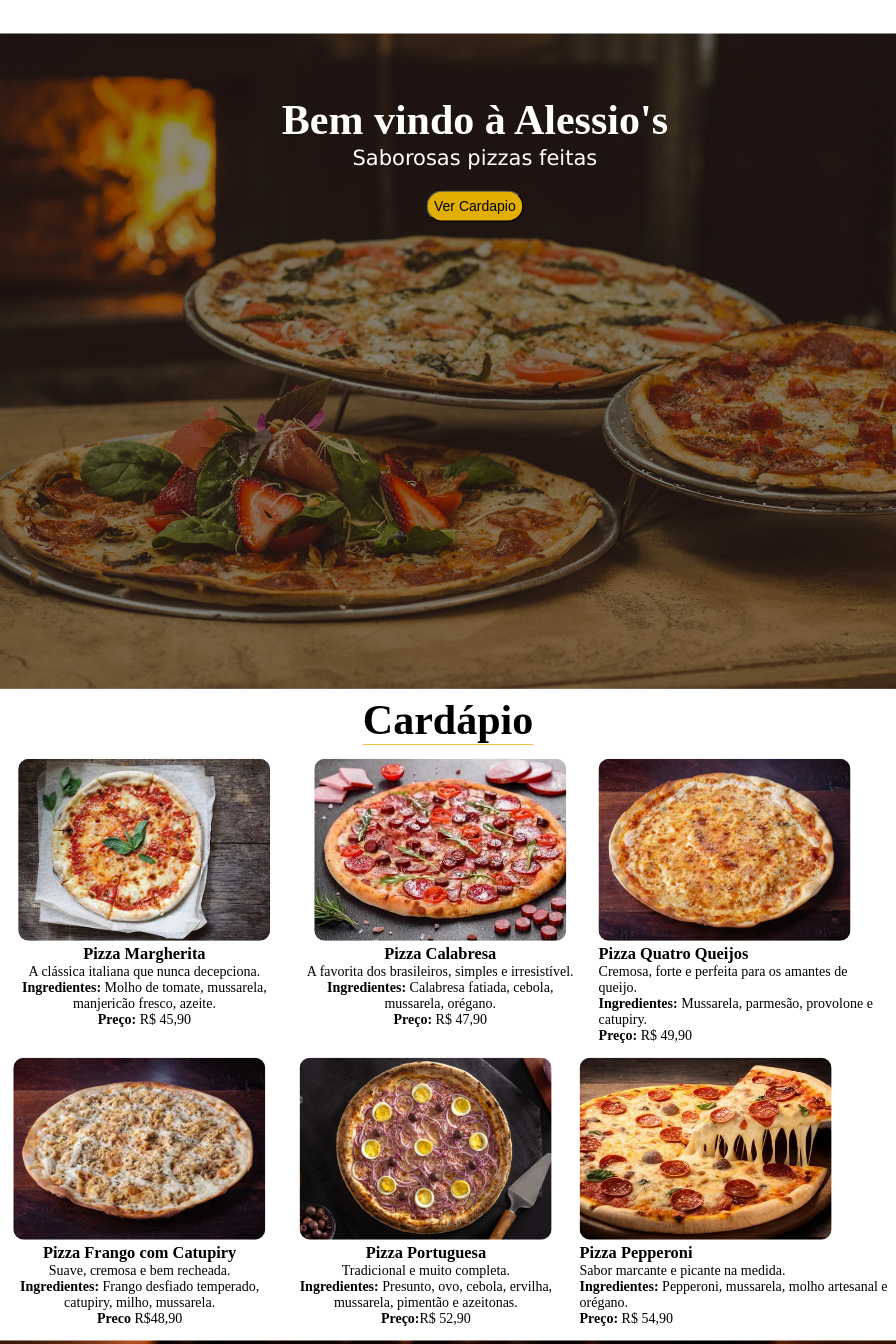
Repository: Mateushlp/landing-page-pizza
Page: index.html
The author's editor kept a copy of each file at every save. The page is drawn from the files as they stood at one save, then again after the next save.
The browser window is 1280 px wide. The pictures show the part of the page from y = 0 to 1920 px (the page is 2760 px tall), at 70% of full size.

Above is the page before, as saved 2026-05-03 10:36:38.

After the next save:
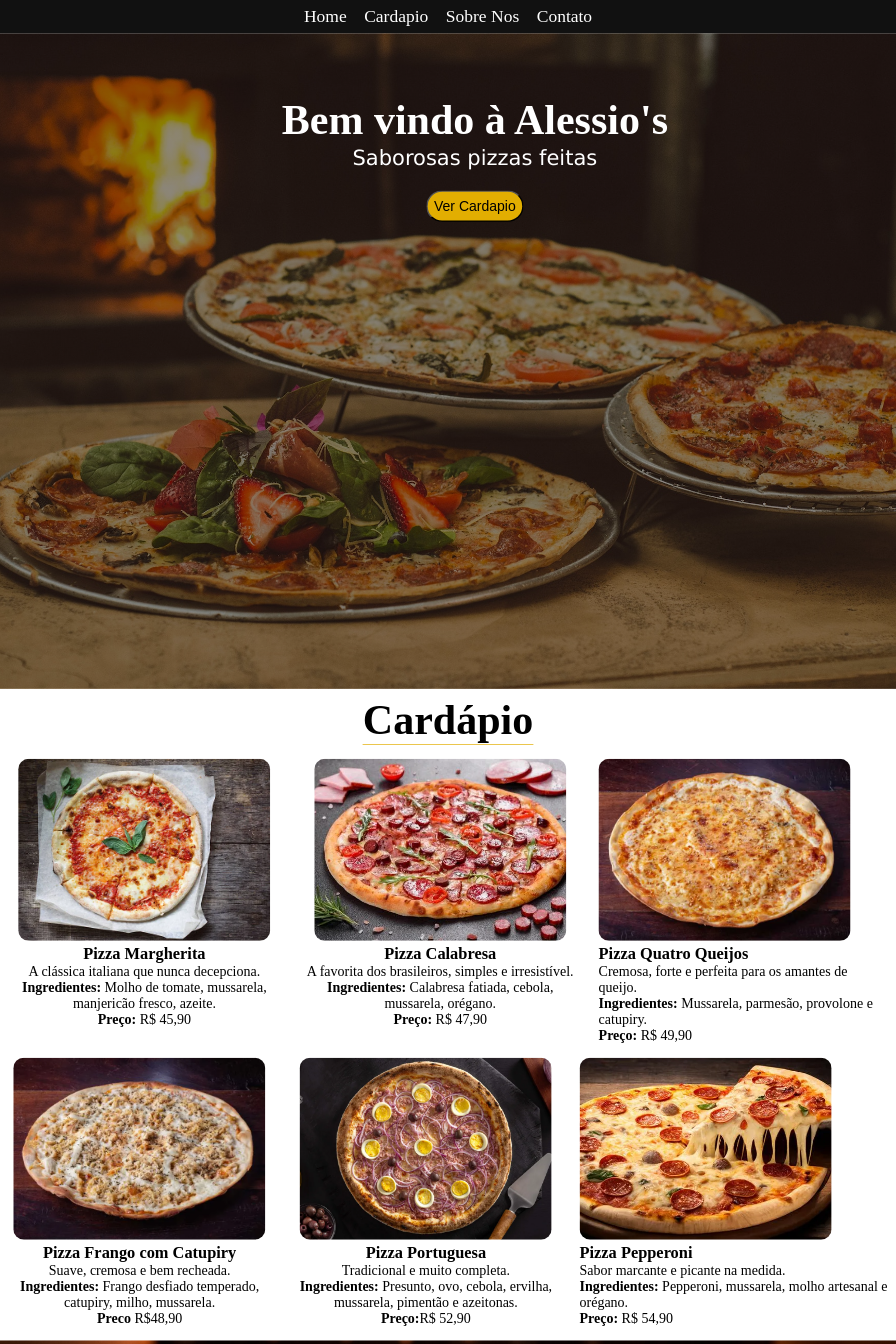
Saved 107 s later.
--- a/style.css
+++ b/style.css
@@ -11,7 +11,7 @@ nav ul {
     justify-content: center;
     font-size: 25px;
     padding: 10px;
-    background: linear-gradient(rgba(58, 56, 56, 0.774));
+    background-color: #111;
 }
 
 nav ul a{
